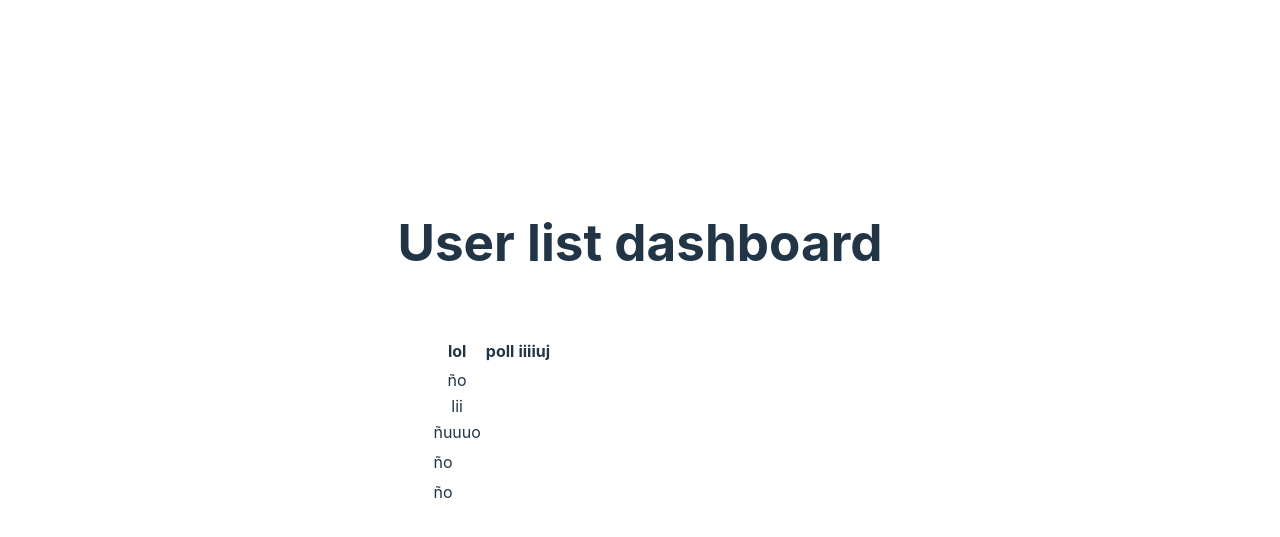
Repository: atzin-escandia/react-typescript-users-dashboard
Page: /
An editor plug-in stored every save of this project. The page is shown before and after the next save, followed by the edit.
The browser window is 1280 px wide. The pictures show the whole page.
The page's requests for data from a server got no answer. The project was rebuilt for these pictures with package versions that can differ from the ones it lists, and the page was loaded fresh each time. No one was signed in, and anything a server would have sent is missing. Also part of the build but not shown: vite.config.ts.

Above is the page before, as saved 2023-10-08 21:02:29.

After the next save:
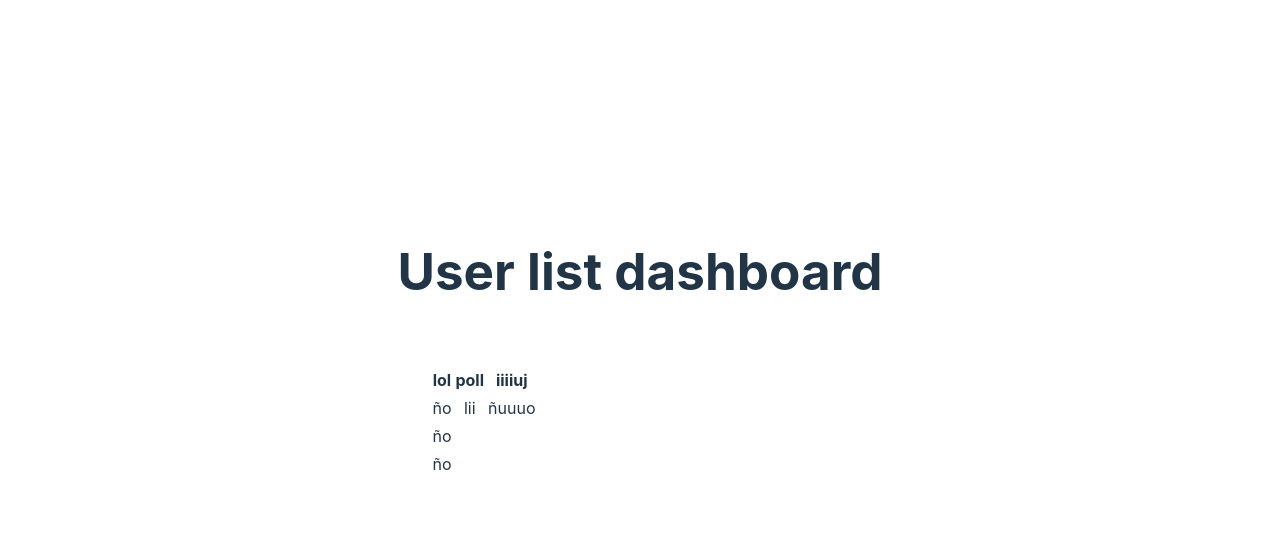
Saved 14 s later.
--- a/src/components/UsersList.tsx
+++ b/src/components/UsersList.tsx
@@ -8,15 +8,15 @@
           <th>iiiiuj</th>
         </tr>
         <tr>
-          <tbody>ño</tbody>
-          <tbody>lii</tbody>
-          <tbody>ñuuuo</tbody>
+          <td>ño</td>
+          <td>lii</td>
+          <td>ñuuuo</td>
         </tr>
         <tr>
-          <tbody>ño</tbody>
+          <td>ño</td>
         </tr>
         <tr>
-          <tbody>ño</tbody>
+          <td>ño</td>
         </tr>
       </table>
     </div>
